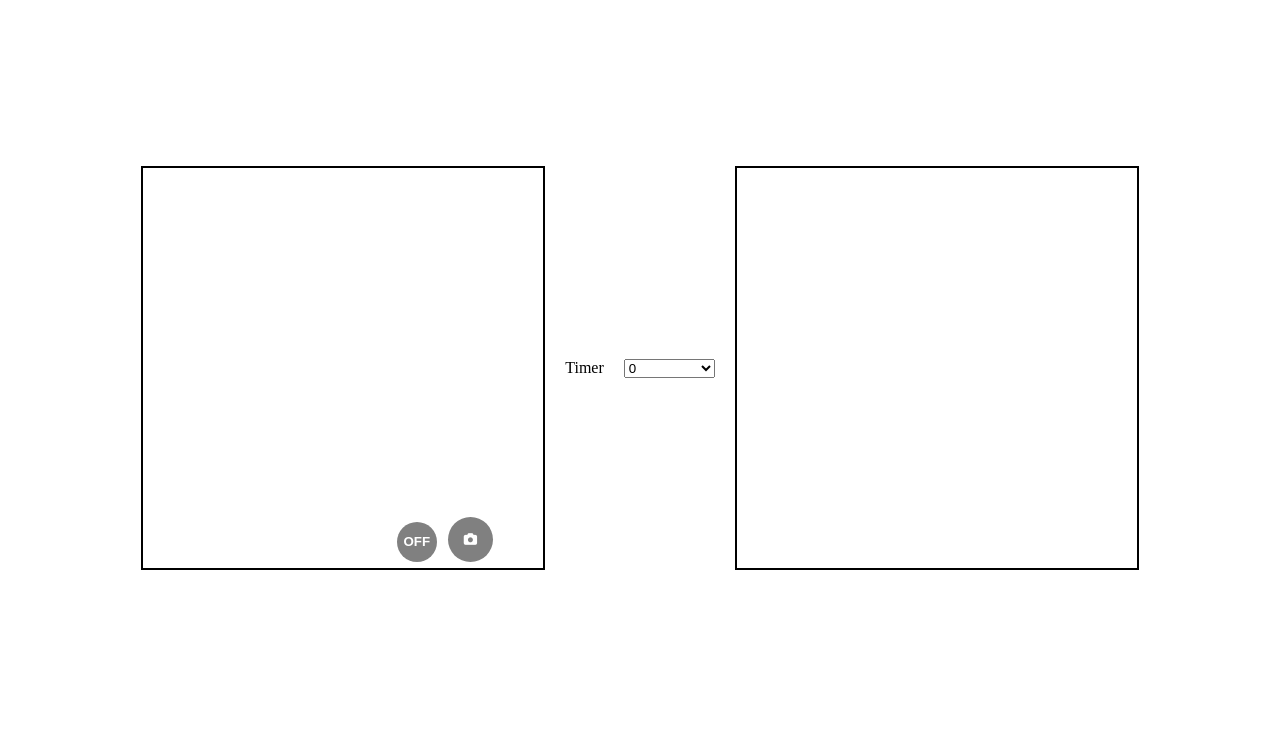
Repository: dmpelaez/photoBoothy
Page: Photobooth.html
An editor plug-in stored every save of this project. The page is shown before and after the next save, followed by the edit.
The browser window is 1280 px wide. The pictures show the whole page.
Some web libraries are served in a nearby version.

Above is the page before, as saved 2025-12-16 23:09:27.

### Photobooth.html
<!DOCTYPE html>

  <html>

    <head>

      <title>Photobooth</title>
      <!--CSS link-->
      <link rel="stylesheet" href="https://cdnjs.cloudflare.com/ajax/libs/font-awesome/7.0.1/css/all.min.css">
      <link rel="stylesheet" href="Photobooth.css">
    </head>
    <body>
      <div class="timer"></div>
      <video autoplay id="video">

      </video>
      <button id="photo-btn" ><i class="fa-solid fa-camera"></i></button>
      <button id="btn-toggle">OFF</button>
      <p class="timerchoose">Timer</p>
      <select class="select" value="">
        <option value="0">0</option>
        <option  value="3">3 seconds</option>
        <option  value="5">5 seconds</option>
        <option value="7">7 seconds</option>
        <option  value="10">10 seconds</option>
      </select>
      <canvas id="canvas-image"></canvas>
      <script src="Photobooth.js"></script>
    </body>

  </html>

### Photobooth.css
body {
  display: Flex;
  align-items: center;
  justify-content: center;
  HEIGHT: 100VH;
  flex-direction: row;
  gap: 20px;
}
#video,
#canvas-image {
  border: 2px solid black;
  height: 400px;
  width: 400px;
}
#video {
  display: grid;
}
#btn-toggle {
  position: absolute;
  left: 31%;
  bottom: 22%;
  background: gray;
  border: none;
  border-radius: 50%;
  height: 40px;
  width: 40px;
  color: white;
  font-weight: bold;
  font-family: arial;
  cursor: pointer;
}
#photo-btn {
  position: absolute;
  left: 35%;
  bottom: 22%;
  border-radius: 50%;
  height: 45px;
  width: 45px;
  border: none;
  background: gray;
  cursor: pointer;
}
#photo-btn i {
  color: white;
}
.timer {
display: none;

}

.timerPhoto {
  background: black;
  height: 50px;
  width: 50px;
  color: white;
  display: flex;
  align-items: center;
  justify-content: center;
   position: absolute;
  left: 35%;
  bottom: 69.5%;
}

### Photobooth.js
//To make the video appear in html
//I use <video></video> html element
const video = document.getElementById('video');
//canvas element is where the photos will appear
const canvas = document.getElementById('canvas-image');
const btn = document.getElementById('photo-btn');
//I set the canvas into 2d to get the copy
//of the photo taken
const context = canvas.getContext('2d');


//I use navigator.mediDevices.getUsermedia
//to get access on the camera by allowing the
//video and use it to assigned as value of
//video element

///-----------------------------------------------------------------///
//Default value false
let isVideo = false;


//This is a btn for on and off to the camera
document.getElementById('btn-toggle')
.addEventListener('click', () => {

  //Condition where it looks for the opposite
  //value of isVideo by using NOT operator
  //which will result to having a value of TRUE
  if (!isVideo) {
  //once it becomes true
  //navigator.mediaDevices.getUserMedia will activate
  //and the access to video will open
  navigator.mediaDevices.getUserMedia({video: true})
  .then((stream) => {
  //access to camera
  video.srcObject = stream;
  //btn ON
   document.getElementById('btn-toggle').innerHTML = 'ON';
   //Value was change to true
   //so once the btn is click again
   //the else if is the one that will be open
     isVideo = true;

  });
} else if (isVideo) {
  //access to camera again
 navigator.mediaDevices.getUserMedia({video: true})
  .then((stream) => {
    //To stop the camera access
    stream.getTracks().forEach(track => track.stop());
    //To stop the webcam light we need to track all
    //the access video.srcObject have
    for (const track of video.srcObject.getTracks()) {
      track.stop();
    }
    //no value
    stream = null;
    //no value
   video.srcObject = null;
   //Display btn as OFF
   document.getElementById('btn-toggle').innerHTML = 'OFF';
   //Value is changed to false
   isVideo = false;

  })

}
console.log(isVideo);
});

///------------------------------------------------------------///
//capturePhoto is a function where
// the canvas width and height have the
// values of videos'
//and context.drawImage capture everything
//and replicate the videos into photo
//and before that we change its value
//to the canvas.getContext('2d')
function capturePhoto() {
  //the value canvas width and height
  // is the same as the video width and height;
  canvas.width = video.videoWidth;
  canvas.height = video.videoHeight;

  //
  context.drawImage(video, 0, 0, canvas.width, canvas.height);
}

///------------------------------------------------------------------------///
//btn for camera to capture
btn.addEventListener('click', () => {
//Finally after minutes of thinking how
//to activate the timer if the camera is open

//This will only activate if the isVideo value
// is true but its default value stop it from triggering
//the settimer() because it didn't meet the condition
if (isVideo === true) {
settimer();

}
})

document.body.addEventListener('keydown', (event) => {
  if (event.code === 'Space') {
    if (isVideo === true) {
      settimer();
  }
 }
})

///-----------------------------------------------------------------////








//Timer default setTime
let timer = 0;
//Time interval default value;
let timeInterval = null;
//Get the class selector of select element
const setTime = document.querySelector('.select');
//Use it to get the value from options
//using the eventlistener
//and reassinged the value of timer
//based on the selected value
setTime.addEventListener('change', () => {
  timer = Number(setTime.value);
})

//This is timer function
// where after five seconds
//it will capture a picture
function settimer() {
  //ClearInterval to clear the previous time
  clearInterval(timeInterval);

 //variable timeChange is assign to the value of timer
 let timeChange = timer;
  const timer2 =  document.querySelector('.timer');
  //Use if condition to trigger the funtions inside
  if (timeChange > 0) {
    console.log(timeChange);

    //timeInterval value is reassigned to setInterval
    timeInterval = setInterval(() => {
      //where the class for display of timer is added
      timer2.classList.add("timerPhoto");
      //and display it to see
       document.querySelector('.timer').innerHTML = timeChange;
       //Use if statement
       //where if the timer is equal to 0
       //it will clear the timeInterval which is this
       //part of the function to reset the timer
       //and remove the display
       //and also capture the image
       if (timeChange === 0) {
        clearInterval(timeInterval);
        capturePhoto();

        timer2.classList.remove("timerPhoto");
       }
       //Time is dropping only until it
       //reaches 0 because the if statement condition
       // remove all this part after reaching the time 0

       timeChange --;

    }, 1000);


  } else  {
    //Optional but to make sure
    //the photo is captured
    capturePhoto();

  }
}

After the next save:
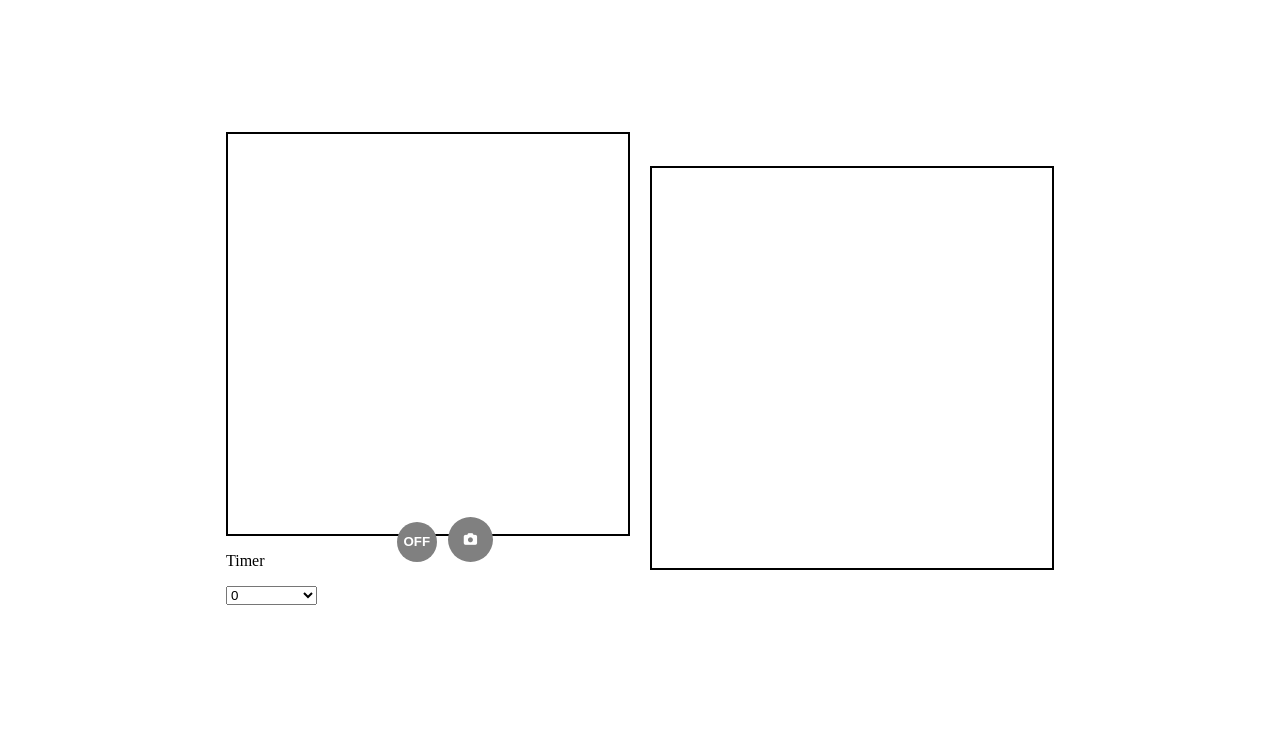
Saved 48 s later.
--- a/Photobooth.html
+++ b/Photobooth.html
@@ -10,20 +10,26 @@
       <link rel="stylesheet" href="Photobooth.css">
     </head>
     <body>
-      <div class="timer"></div>
-      <video autoplay id="video">
+      <div class="container">
 
-      </video>
-      <button id="photo-btn" ><i class="fa-solid fa-camera"></i></button>
-      <button id="btn-toggle">OFF</button>
-      <p class="timerchoose">Timer</p>
-      <select class="select" value="">
-        <option value="0">0</option>
-        <option  value="3">3 seconds</option>
-        <option  value="5">5 seconds</option>
-        <option value="7">7 seconds</option>
-        <option  value="10">10 seconds</option>
-      </select>
+        <div class="timer"></div>
+
+        <video autoplay id="video">
+
+        </video>
+        <button id="photo-btn" ><i class="fa-solid fa-camera"></i></button>
+        <button id="btn-toggle">OFF</button>
+        <p class="timerchoose">Timer</p>
+        <select class="select" value="">
+          <option value="0">0</option>
+          <option  value="3">3 seconds</option>
+          <option  value="5">5 seconds</option>
+          <option value="7">7 seconds</option>
+          <option  value="10">10 seconds</option>
+        </select>
+
+      </div>
+
       <canvas id="canvas-image"></canvas>
       <script src="Photobooth.js"></script>
     </body>
